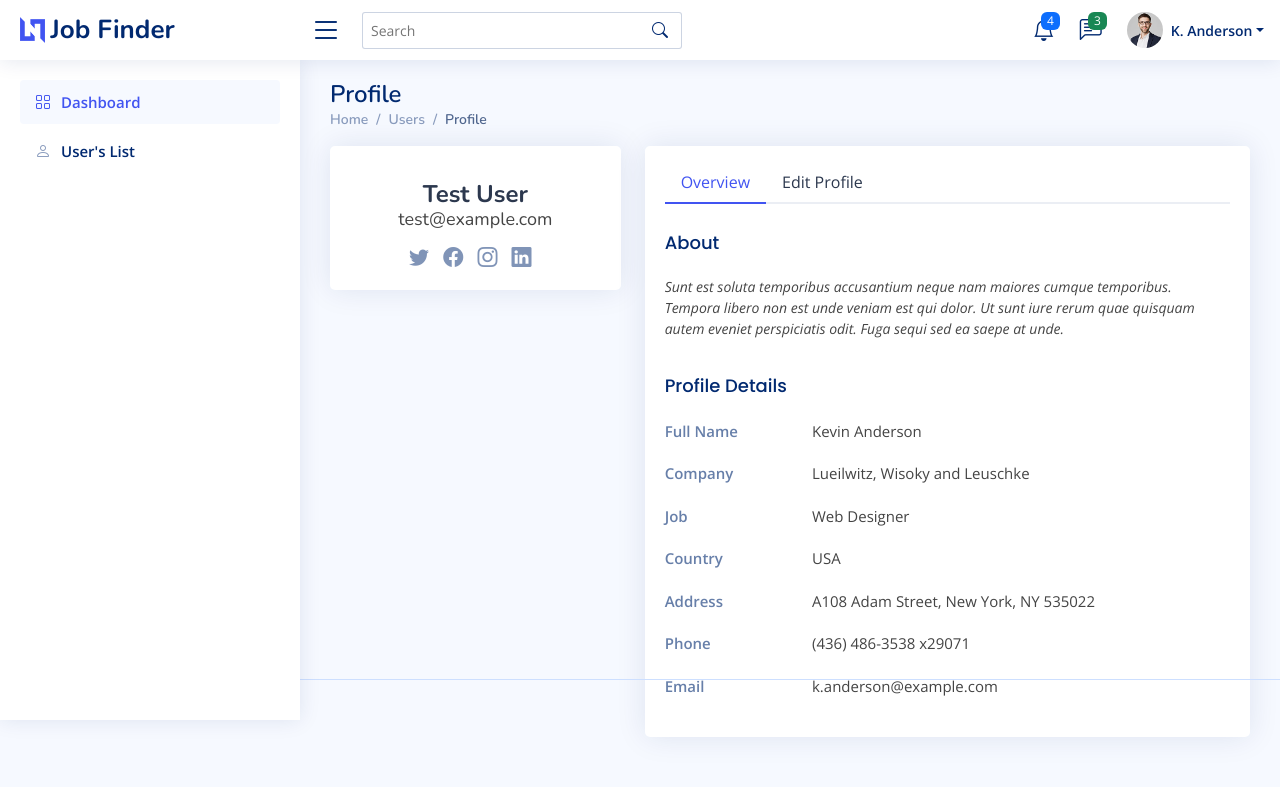
Repository: neha-rouniyar/jobfinder
Page: http://localhost/employer/my-profile
These files come from the project's save history. The page is drawn as it stood at one moment and after the next save; the edit follows.
The browser window is 1280 px wide. The pictures show the whole page.
The page is served by the project's Laravel application, run on PHP 8.4 with Laravel 10. A made-up administrator, Test User (test@example.com), is signed in. Other server files are loaded and not shown.

Above is the page before, as saved 2023-12-21 22:35:15.

### routes/web.php
<?php

use App\Http\Controllers\Admin\AdminController;
use App\Http\Controllers\Employer\ProfileController;
use App\Http\Controllers\RegisterController;
use Illuminate\Support\Facades\Route;

/*
|--------------------------------------------------------------------------
| Web Routes
|--------------------------------------------------------------------------
|
| Here is where you can register web routes for your application. These
| routes are loaded by the RouteServiceProvider and all of them will
| be assigned to the "web" middleware group. Make something great!
|
*/

Route::get('/', function () {
    return view('welcome');
});

Route::get('/login-form',[RegisterController::class,'loginForm'])->name('login.form');
Route::get('/register-form',[RegisterController::class,'registerForm'])->name('register.form');
Route::get('/employer-form',[RegisterController::class,'employerForm'])->name('employer.form');
Route::post('/user/register-form',[RegisterController::class,'userRegisterStore'])->name('user.register.submit');
Route::post('/employer/register-form',[RegisterController::class,'companyRegisterStore'])->name('company.register.submit');
Route::post('/login-submit',[RegisterController::class,'loginAuthenticate'])->name('login.submit');





Route::get('/verify-email/{token}',[RegisterController::class,'verifyEmail'])->name('verify.email');


//admin page
Route::get('/admin-dashboard',[AdminController::class,'index'])->name('admin.dashboard');
Route::get('/admin-logout',[AdminController::class,'logout'])->name('admin.logout');
Route::get('/admin/users-list',[AdminController::class,'userList'])->name('admin.users.list');

//company only
Route::get('/employer/my-profile',[ProfileController::class,'myProfile'])->name('company.profile');



//common routes
// Route::get('/admin-dashboard',[AdminController::class,'index'])->name('common.dashboard');

### app/Models/User.php
<?php

namespace App\Models;

// use Illuminate\Contracts\Auth\MustVerifyEmail;
use Illuminate\Database\Eloquent\Factories\HasFactory;
use Illuminate\Foundation\Auth\User as Authenticatable;
use Illuminate\Notifications\Notifiable;
use Laravel\Sanctum\HasApiTokens;

class User extends Authenticatable
{
    use HasApiTokens, HasFactory, Notifiable;

    /**
     * The attributes that are mass assignable.
     *
     * @var array<int, string>
     */
    protected $fillable = [
        'name',
        'email',
        'password',
    ];

    /**
     * The attributes that should be hidden for serialization.
     *
     * @var array<int, string>
     */
    protected $hidden = [
        'password',
        'remember_token',
    ];

    /**
     * The attributes that should be cast.
     *
     * @var array<string, string>
     */
    protected $casts = [
        'email_verified_at' => 'datetime',
        'password' => 'hashed',
    ];
    public function emailVerification()
    {
        return $this->hasOne(EmailVerification::class);
    }
    public function roles()
    {
        return $this->belongsToMany(User::class,'user_roles','user_id','role_id');
    }

}

### app/Http/Controllers/Employer/ProfileController.php
<?php

namespace App\Http\Controllers\Employer;

use App\Http\Controllers\Controller;
use Illuminate\Http\Request;
use Illuminate\Support\Facades\Auth;

class ProfileController extends Controller
{
    public function myProfile(Request $request)
    {
        $user=Auth::user();
        // dd($user);
        return view('employer.myProfile',compact('user'));
    }
}

### resources/views/employer/myProfile.blade.php
@extends('admin.index')
@section('content')


      <main id="main" class="main">

        <div class="pagetitle">
          <h1>Profile</h1>
          <nav>
            <ol class="breadcrumb">
              <li class="breadcrumb-item"><a href="index.html">Home</a></li>
              <li class="breadcrumb-item">Users</li>
              <li class="breadcrumb-item active">Profile</li>
            </ol>
          </nav>
        </div><!-- End Page Title -->

        <section class="section profile">
          <div class="row">
            <div class="col-xl-4">

              <div class="card">
                <div class="card-body profile-card pt-4 d-flex flex-column align-items-center">

                  {{-- <img src="assets/img/profile-img.jpg" alt="Profile" class="rounded-circle"> --}}
                  <h2>{{Auth::user()->name}}</h2>
                  <h3>{{Auth::user()->email}}</h3>
                  <div class="social-links mt-2">
                    <a href="#" class="twitter"><i class="bi bi-twitter"></i></a>
                    <a href="#" class="facebook"><i class="bi bi-facebook"></i></a>
                    <a href="#" class="instagram"><i class="bi bi-instagram"></i></a>
                    <a href="#" class="linkedin"><i class="bi bi-linkedin"></i></a>
                  </div>
                </div>
              </div>

            </div>

            <div class="col-xl-8">

              <div class="card">
                <div class="card-body pt-3">
                  <!-- Bordered Tabs -->
                  <ul class="nav nav-tabs nav-tabs-bordered">

                    <li class="nav-item">
                      <button class="nav-link active" data-bs-toggle="tab" data-bs-target="#profile-overview">Overview</button>
                    </li>

                    <li class="nav-item">
                      <button class="nav-link" data-bs-toggle="tab" data-bs-target="#profile-edit">Edit Profile</button>
                    </li>

                  </ul>
                  <div class="tab-content pt-2">

                    <div class="tab-pane fade show active profile-overview" id="profile-overview">
                      <h5 class="card-title">About</h5>
                      <p class="small fst-italic">Sunt est soluta temporibus accusantium neque nam maiores cumque temporibus. Tempora libero non est unde veniam est qui dolor. Ut sunt iure rerum quae quisquam autem eveniet perspiciatis odit. Fuga sequi sed ea saepe at unde.</p>

                      <h5 class="card-title">Profile Details</h5>

                      <div class="row">
                        <div class="col-lg-3 col-md-4 label ">Full Name</div>
                        <div class="col-lg-9 col-md-8">Kevin Anderson</div>
                      </div>

                      <div class="row">
                        <div class="col-lg-3 col-md-4 label">Company</div>
                        <div class="col-lg-9 col-md-8">Lueilwitz, Wisoky and Leuschke</div>
                      </div>

                      <div class="row">
                        <div class="col-lg-3 col-md-4 label">Job</div>
                        <div class="col-lg-9 col-md-8">Web Designer</div>
                      </div>

                      <div class="row">
                        <div class="col-lg-3 col-md-4 label">Country</div>
                        <div class="col-lg-9 col-md-8">USA</div>
                      </div>

                      <div class="row">
                        <div class="col-lg-3 col-md-4 label">Address</div>
                        <div class="col-lg-9 col-md-8">A108 Adam Street, New York, NY 535022</div>
                      </div>

                      <div class="row">
                        <div class="col-lg-3 col-md-4 label">Phone</div>
                        <div class="col-lg-9 col-md-8">(436) 486-3538 x29071</div>
                      </div>

                      <div class="row">
                        <div class="col-lg-3 col-md-4 label">Email</div>
                        <div class="col-lg-9 col-md-8">k.anderson@example.com</div>
                      </div>

                    </div>

                    <div class="tab-pane fade profile-edit pt-3" id="profile-edit">

                      <!-- Profile Edit Form -->
                      <form>
                        <div class="row mb-3">
                          <label for="profileImage" class="col-md-4 col-lg-3 col-form-label">Profile Image</label>
                          <div class="col-md-8 col-lg-9">
                            <img src="assets/img/profile-img.jpg" alt="Profile">
                            <div class="pt-2">
                              <a href="#" class="btn btn-primary btn-sm" title="Upload new profile image"><i class="bi bi-upload"></i></a>
                              <a href="#" class="btn btn-danger btn-sm" title="Remove my profile image"><i class="bi bi-trash"></i></a>
                            </div>
                          </div>
                        </div>

                        <div class="row mb-3">
                          <label for="fullName" class="col-md-4 col-lg-3 col-form-label">Full Name</label>
                          <div class="col-md-8 col-lg-9">
                            <input name="fullName" type="text" class="form-control" id="fullName" value="Kevin Anderson">
                          </div>
                        </div>

                        <div class="row mb-3">
                          <label for="about" class="col-md-4 col-lg-3 col-form-label">About</label>
                          <div class="col-md-8 col-lg-9">
                            <textarea name="about" class="form-control" id="about" style="height: 100px">Sunt est soluta temporibus accusantium neque nam maiores cumque temporibus. Tempora libero non est unde veniam est qui dolor. Ut sunt iure rerum quae quisquam autem eveniet perspiciatis odit. Fuga sequi sed ea saepe at unde.</textarea>
                          </div>
                        </div>

                        <div class="row mb-3">
                          <label for="company" class="col-md-4 col-lg-3 col-form-label">Company</label>
                          <div class="col-md-8 col-lg-9">
                            <input name="company" type="text" class="form-control" id="company" value="Lueilwitz, Wisoky and Leuschke">
                          </div>
                        </div>

                        <div class="row mb-3">
                          <label for="Job" class="col-md-4 col-lg-3 col-form-label">Job</label>
                          <div class="col-md-8 col-lg-9">
                            <input name="job" type="text" class="form-control" id="Job" value="Web Designer">
                          </div>
                        </div>

                        <div class="row mb-3">
                          <label for="Country" class="col-md-4 col-lg-3 col-form-label">Country</label>
                          <div class="col-md-8 col-lg-9">
                            <input name="country" type="text" class="form-control" id="Country" value="USA">
                          </div>
                        </div>

                        <div class="row mb-3">
                          <label for="Address" class="col-md-4 col-lg-3 col-form-label">Address</label>
                          <div class="col-md-8 col-lg-9">
                            <input name="address" type="text" class="form-control" id="Address" value="A108 Adam Street, New York, NY 535022">
                          </div>
                        </div>

                        <div class="row mb-3">
                          <label for="Phone" class="col-md-4 col-lg-3 col-form-label">Phone</label>
                          <div class="col-md-8 col-lg-9">
                            <input name="phone" type="text" class="form-control" id="Phone" value="(436) 486-3538 x29071">
                          </div>
                        </div>

                        <div class="row mb-3">
                          <label for="Email" class="col-md-4 col-lg-3 col-form-label">Email</label>
                          <div class="col-md-8 col-lg-9">
                            <input name="email" type="email" class="form-control" id="Email" value="k.anderson@example.com">
                          </div>
                        </div>

                        <div class="row mb-3">
                          <label for="Twitter" class="col-md-4 col-lg-3 col-form-label">Twitter Profile</label>
                          <div class="col-md-8 col-lg-9">
                            <input name="twitter" type="text" class="form-control" id="Twitter" value="https://twitter.com/#">
                          </div>
                        </div>

                        <div class="row mb-3">
                          <label for="Facebook" class="col-md-4 col-lg-3 col-form-label">Facebook Profile</label>
                          <div class="col-md-8 col-lg-9">
                            <input name="facebook" type="text" class="form-control" id="Facebook" value="https://facebook.com/#">
                          </div>
                        </div>

                        <div class="row mb-3">
                          <label for="Instagram" class="col-md-4 col-lg-3 col-form-label">Instagram Profile</label>
                          <div class="col-md-8 col-lg-9">
                            <input name="instagram" type="text" class="form-control" id="Instagram" value="https://instagram.com/#">
                          </div>
                        </div>

                        <div class="row mb-3">
                          <label for="Linkedin" class="col-md-4 col-lg-3 col-form-label">Linkedin Profile</label>
                          <div class="col-md-8 col-lg-9">
                            <input name="linkedin" type="text" class="form-control" id="Linkedin" value="https://linkedin.com/#">
                          </div>
                        </div>

                        <div class="text-center">
                          <button type="submit" class="btn btn-primary">Save Changes</button>
                        </div>
                      </form><!-- End Profile Edit Form -->

                    </div>



                  </div><!-- End Bordered Tabs -->

                </div>
              </div>

            </div>
          </div>
        </section>

      </main>



@endsection

### resources/views/admin/index.blade.php
<!DOCTYPE html>
<html lang="en">

<head>
  <meta charset="utf-8">
  <meta content="width=device-width, initial-scale=1.0" name="viewport">

  <title>Dashboard - NiceAdmin Bootstrap Template</title>
  <meta content="" name="description">
  <meta content="" name="keywords">

  <!-- Favicons -->
  <link href="assets/img/favicon.png" rel="icon">
  <link href="assets/img/apple-touch-icon.png" rel="apple-touch-icon">

  @include('admin.adminfiles.css')
</head>
<body>

  <!-- ======= Header ======== -->
@include('admin.adminfiles.navbar')


  <!-- ======= Sidebar ======= -->
  @include('admin.adminfiles.sidebar')

  @yield('content')
  <!-- End #main -->

  <!-- ======= Footer ======= -->
@include('admin.adminfiles.footer')
  <!-- End Footer -->

  <a href="#" class="back-to-top d-flex align-items-center justify-content-center"><i class="bi bi-arrow-up-short"></i></a>

  <!-- Vendor JS Files -->
@include('admin.adminfiles.js')

</body>

</html>

### resources/views/admin/adminfiles/css.blade.php
<link href="https://fonts.gstatic.com" rel="preconnect">
  <link href="https://fonts.googleapis.com/css?family=Open+Sans:300,300i,400,400i,600,600i,700,700i|Nunito:300,300i,400,400i,600,600i,700,700i|Poppins:300,300i,400,400i,500,500i,600,600i,700,700i" rel="stylesheet">

  <!-- Vendor CSS Files -->
  <link href="{{asset('adminasset/vendor/bootstrap/css/bootstrap.min.css')}}" rel="stylesheet">
  <link href="{{asset('adminasset/vendor/bootstrap-icons/bootstrap-icons.css')}}" rel="stylesheet">
  <link href="{{asset('adminasset/vendor/boxicons/css/boxicons.min.css')}}" rel="stylesheet">
  <link href="{{asset('adminasset/vendor/quill/quill.snow.css')}}" rel="stylesheet">
  <link href="{{asset('adminasset/vendor/quill/quill.bubble.css')}}" rel="stylesheet">
  <link href="{{asset('adminasset/vendor/remixicon/remixicon.css')}}" rel="stylesheet">
  <link href="{{asset('adminasset/vendor/simple-datatables/style.css')}}" rel="stylesheet">

  <!-- Template Main CSS File -->
  <link href="{{asset('adminasset/css/style.css')}}" rel="stylesheet">

### resources/views/admin/adminfiles/sidebar.blade.php
<aside id="sidebar" class="sidebar">

    <ul class="sidebar-nav" id="sidebar-nav">

      <li class="nav-item">
        <a class="nav-link " href="">
          <i class="bi bi-grid"></i>
          <span>Dashboard</span>
        </a>
      </li>
      @if (Auth::check() && Auth::user()->usertype == 'admin')
      <li class="nav-item">
        <a class="nav-link collapsed" href="{{route('admin.users.list')}}">
            <i class="bi bi-person"></i>
            <span>User's List</span>
        </a>
      </li>
  @endif
  @if (Auth::check() && Auth::user()->usertype == 'employer')
      <li class="nav-item">
        <a class="nav-link collapsed" href="{{route('company.profile')}}">
            <i class="bi bi-person"></i>
            <span>Company Profile</span>
        </a>
      </li>
      <li class="nav-item">
        <a class="nav-link collapsed" href="">
            <i class="bi bi-person"></i>
            <span>Jobs Posted</span>
        </a>
      </li>
      <li class="nav-item">
        <a class="nav-link collapsed" href="">
            <i class="bi bi-person"></i>
            <span>Applicants</span>
        </a>
      </li>
  @endif


      {{-- <li class="nav-item">
        <a class="nav-link collapsed" href="pages-faq.html">
          <i class="bi bi-question-circle"></i>
          <span>F.A.Q</span>
        </a>
      </li><!-- End F.A.Q Page Nav -->

      <li class="nav-item">
        <a class="nav-link collapsed" href="pages-contact.html">
          <i class="bi bi-envelope"></i>
          <span>Contact</span>
        </a>
      </li><!-- End Contact Page Nav -->

      <li class="nav-item">
        <a class="nav-link collapsed" href="pages-register.html">
          <i class="bi bi-card-list"></i>
          <span>Register</span>
        </a>
      </li><!-- End Register Page Nav -->

      <li class="nav-item">
        <a class="nav-link collapsed" href="pages-login.html">
          <i class="bi bi-box-arrow-in-right"></i>
          <span>Login</span>
        </a>
      </li><!-- End Login Page Nav -->

      <li class="nav-item">
        <a class="nav-link collapsed" href="pages-error-404.html">
          <i class="bi bi-dash-circle"></i>
          <span>Error 404</span>
        </a>
      </li><!-- End Error 404 Page Nav -->

      <li class="nav-item">
        <a class="nav-link collapsed" href="pages-blank.html">
          <i class="bi bi-file-earmark"></i>
          <span>Blank</span>
        </a>
      </li><!-- End Blank Page Nav --> --}}

    </ul>

  </aside>

### resources/views/admin/adminfiles/footer.blade.php

<footer id="footer" class="footer">
    {{-- <div class="copyright">
      &copy; Copyright <strong><span>NiceAdmin</span></strong>. All Rights Reserved
    </div>
    <div class="credits">
      <!-- All the links in the footer should remain intact. -->
      <!-- You can delete the links only if you purchased the pro version. -->
      <!-- Licensing information: https://bootstrapmade.com/license/ -->
      <!-- Purchase the pro version with working PHP/AJAX contact form: https://bootstrapmade.com/nice-admin-bootstrap-admin-html-template/ -->
      Designed by <a href="https://bootstrapmade.com/">BootstrapMade</a>
    </div> --}}
  </footer>

### resources/views/admin/adminfiles/js.blade.php
<script src="https://khalti.com/static/khalti-checkout.js"></script>
{{-- <script src="{{asset('adminasset/js/jquery.js')}}"></script> --}}
<script src="{{asset('adminasset/vendor/apexcharts/apexcharts.min.js')}}"></script>
<script src="{{asset('adminasset/vendor/bootstrap/js/bootstrap.bundle.min.js')}}"></script>
<script src="{{asset('adminasset/vendor/chart.js/chart.umd.js')}}"></script>
<script src="{{asset('adminasset/vendor/echarts/echarts.min.js')}}"></script>
<script src="{{asset('adminasset/vendor/quill/quill.min.js')}}"></script>
<script src="{{asset('adminasset/vendor/simple-datatables/simple-datatables.js')}}"></script>
<script src="{{asset('adminasset/vendor/tinymce/tinymce.min.js')}}"></script>
<script src="{{asset('adminasset/vendor/php-email-form/validate.js')}}"></script>

<!-- Template Main JS File -->
<script src="{{asset('adminasset/js/main.js')}}"></script>

Loaded but not shown: app/Http/Controllers/Controller.php (common file); public/adminasset/js/main.js (321 lines, source omitted); public/adminasset/css/style.css (1236 lines, source omitted); resources/views/admin/adminfiles/navbar.blade.php (228 lines, source omitted)

After the next save:
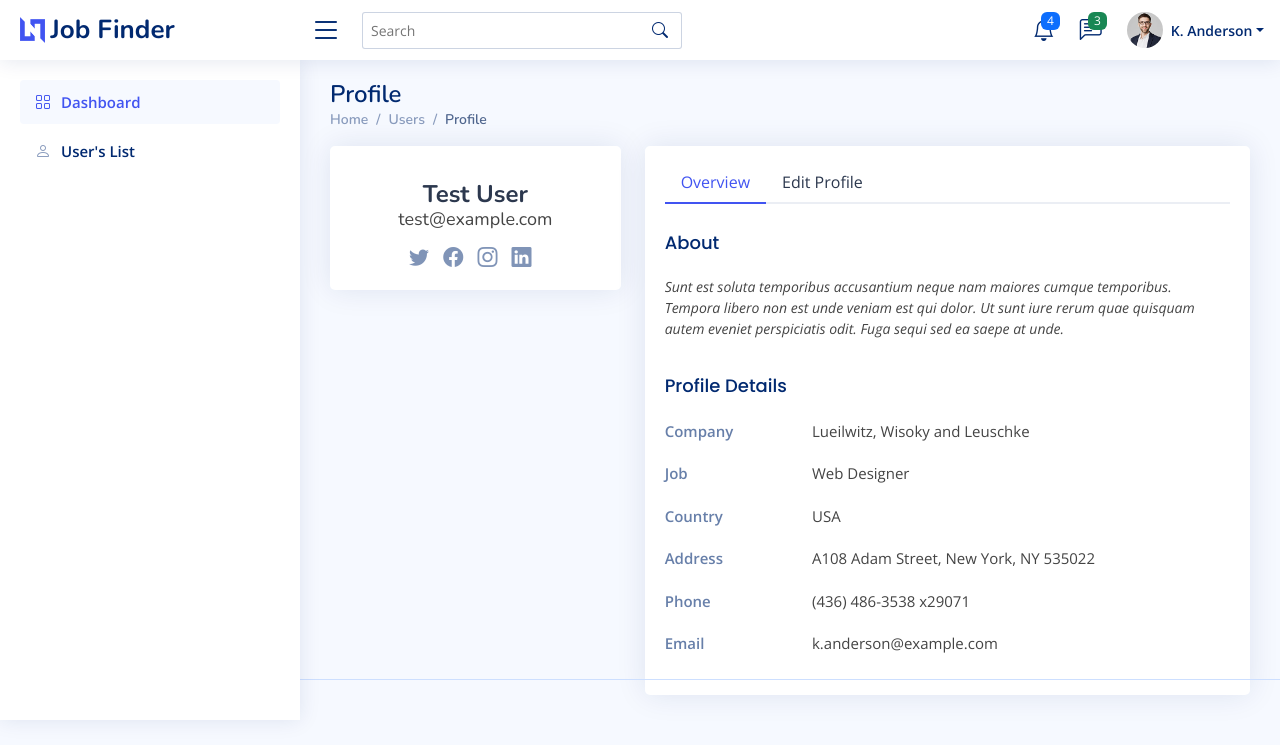
Saved 24 s later.
--- a/resources/views/employer/myProfile.blade.php
+++ b/resources/views/employer/myProfile.blade.php
@@ -60,10 +60,10 @@
 
                       <h5 class="card-title">Profile Details</h5>
 
-                      <div class="row">
+                      {{-- <div class="row">
                         <div class="col-lg-3 col-md-4 label ">Full Name</div>
                         <div class="col-lg-9 col-md-8">Kevin Anderson</div>
-                      </div>
+                      </div> --}}
 
                       <div class="row">
                         <div class="col-lg-3 col-md-4 label">Company</div>
